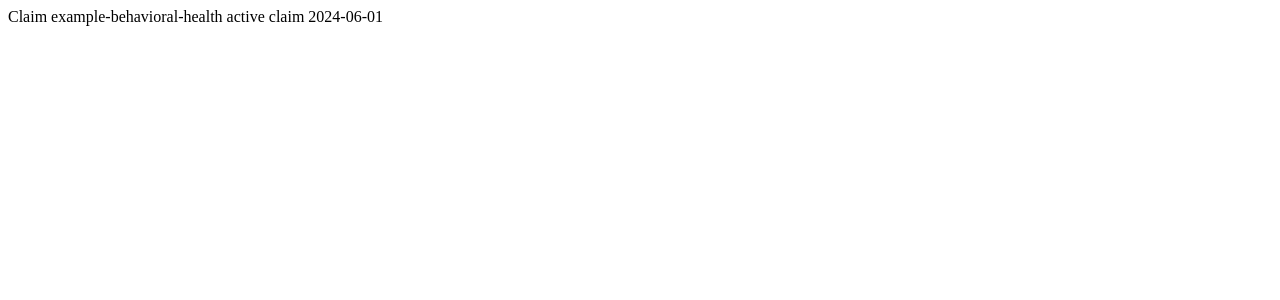
Repository: Laniz/Mapping-project
Page: http://localhost/Best Notes/public/index.php
These files come from the project's save history. The page is drawn as it stood at one moment and after the next save; the edit follows.
The browser window is 1280 px wide. The pictures show the whole page.
The page is run by PHP 8.4 with error messages shown; the project is at /var/www/html/.

Above is the page before, as saved 2025-06-30 22:58:51.

### Best Notes/public/index.php
<?php

require_once __DIR__ . '/../vendor/autoload.php';

use App\Mapping\PatientMapper;
use App\Mapping\EncounterMapper;
use App\Mapping\ClaimMapper;

// Initialize only the mappers you’re using
$patientMapper = new PatientMapper();
$encounterMapper = new EncounterMapper();
$claimMapper = new ClaimMapper();

// Create new XML document
$doc = new DOMDocument('1.0', 'UTF-8');
$doc->formatOutput = true;

// Input paths to actual FHIR data (not mapping files)
$inputPath1 = __DIR__ . '/../FHIR-Patient-Full.json';
$inputPath2 = __DIR__ . '/../Encounter-example.json';
$inputPath3 = __DIR__ . '/../FHIR-CLAIM.json';

// Load and decode FHIR JSON files
$data1 = json_decode(file_get_contents($inputPath1), true);
$data2 = json_decode(file_get_contents($inputPath2), true);
$data3 = json_decode(file_get_contents($inputPath3), true);

// Create root XML element
$root = $doc->createElement("AllMaps");

// Validate input files
// foreach (['Patient' => $data1, 'Encounter' => $data2, 'Claim' => $data3] as $type => $resource) {
//     if (!is_array($resource) || !isset($resource['resourceType'])) {
//         die("Invalid FHIR input for $type: missing or malformed 'resourceType'\n");
//     }
// }

// Map and append all resources using their mappers
// $root->appendChild($patientMapper->map($data1, $doc));
// $root->appendChild($encounterMapper->map($data2, $doc));
$root->appendChild($claimMapper->map($data3, $doc));

// Append and output final XML
$doc->appendChild($root);
echo $doc->saveXML();

### Best Notes/src/Mapping/PatientMapper.php
<?php

namespace App\Mapping;

use DOMDocument;
use DOMElement;

class PatientMapper extends BaseMapper
{
    public function __construct()
    {
        parent::__construct('patient_mapping.json');
    }

    protected function getRootElementName(): string
    {
        return 'Patient';
    }
}

### Best Notes/src/Mapping/BaseMapper.php
<?php

namespace App\Mapping; // Define the namespace where this class resides

use DOMDocument;  // Import PHP's DOMDocument class for building XML documents
use DOMElement;   // Import DOMElement for creating XML elements

/**
 * BaseMapper is an abstract class that provides common logic
 * for mapping FHIR JSON data to XML based on a JSON field mapping configuration.
 */
abstract class BaseMapper implements MapperInterface
{
    // Holds the key-value pairs from the mapping file (FHIR path → XML tag)
    protected array $mapping;

    /**
     * Constructor loads a mapping configuration file (e.g., patient_mapping.json).
     *
     * @param string $mappingFile The relative filename of the mapping JSON file
     */
    public function __construct(string $mappingFile)
    {
        // Construct the absolute path to the mapping file
        $mappingPath = __DIR__ . '/../../' . $mappingFile;

        // Load the JSON file content as a string
        $json = file_get_contents($mappingPath);

        // Decode the JSON string into an associative array
        $this->mapping = json_decode($json, true);
    }

    /**
     * Main mapping method required by the MapperInterface.
     * It generates an XML element using the mapping config and FHIR data.
     *
     * @param array $fhir The decoded FHIR resource as an array
     * @param DOMDocument $doc The DOMDocument to which new elements will belong
     * @return DOMElement The fully built XML element for this resource
     */
    public function map(array $fhir, DOMDocument $doc): DOMElement
    {
        // Create the root XML element (e.g., <Patient>, <Coverage>, etc.)
        $element = $doc->createElement($this->getRootElementName());

        // Loop through each mapping entry: FHIR path => XML tag
        foreach ($this->mapping as $fhirPath => $xmlTag) {
            // Extract the value from the FHIR array using the path
            $value = $this->extractValue($fhir, $fhirPath);

            // Only add the field if a value was found
            if (!is_null($value)) {
                // Create the child XML element and add it to the root
            $field = $doc->createElement("Field", htmlspecialchars($value ?? ''));
                $field->setAttribute("name", $fhirPath);  // Add original path as metadata
                $element->appendChild($field);

            }
        }

        // Return the finished XML element
        return $element;
    }

    /**
     * Subclasses must define the name of the root XML element (e.g., "Patient").
     *
     * @return string The XML tag name
     */
    abstract protected function getRootElementName(): string;

    /**
     * Recursively extract a value from a deeply nested FHIR array using a dotted path.
     *
     * @param array $data The full FHIR array
     * @param string $path A string path like "address[0].city"
     * @return mixed|null The extracted value or null if not found
     */
    protected function extractValue(array $data, string $path)
    {
        // Split the path on dots, ignoring dots inside brackets
        $segments = preg_split('/\.(?![^\[]*\])/', $path);

        // Walk through each segment to drill down into the array
        foreach ($segments as $segment) {
            // If the segment includes an index (e.g., "address[0]")
            if (preg_match('/(\w+)\[(\d+)\]/', $segment, $matches)) {
                $key = $matches[1];        // array name, e.g., "address"
                $index = (int) $matches[2]; // array index, e.g., 0

                // Check if the indexed item exists
                if (!isset($data[$key][$index])) {
                    return null;
                }

                // Move one level deeper
                $data = $data[$key][$index];
            } else {
                // Simple field access (e.g., "city")
                if (!isset($data[$segment])) {
                    return null;
                }

                // Move deeper into the structure
                $data = $data[$segment];
            }
        }

        // Return the value if it's a string or scalar, not an array
        return is_array($data) ? null : $data;
    }
}

### Best Notes/src/Mapping/MapperInterface.php
<?php

namespace App\Mapping;

use DOMDocument;
use DOMElement;

interface MapperInterface {
    public function map(array $fhirResource, DOMDocument $doc): DOMElement;
}

### Best Notes/patient_mapping.json
{
  "name[0].given[0]": "FirstName",
  "name[0].family": "LastName",
  "gender": "Gender",
  "birthDate": "BirthDate",
  "telecom[0].value": "HomePhone",
  "telecom[1].value": "Email",
  "address[0].line[0]": "Line1",
  "address[0].line[1]": "Line2",
  "address[0].city": "City",
  "address[0].state": "State",
  "address[0].postalCode": "Zipcode",
  "address[0].country": "Country",
  "maritalStatus.coding[0].code": "MaritalStatus",
  "communication[0].language.coding[0].code": "Language"
}

### Best Notes/src/Mapping/EncounterMapper.php
<?php

namespace App\Mapping;

use DOMDocument;
use DOMElement;

class EncounterMapper extends BaseMapper
{
    public function __construct()
    {
        parent::__construct('encounter_mapping.json');
    }

    protected function getRootElementName(): string
    {
        return 'Encounter';
    }
}

### Best Notes/encounter_mapping.json
{
  "status": "Status",
  "class.system": "ClassSystem",
  "class.code": "ClassCode",
  "class.display": "ClassDisplay",
  "type[0].coding[0].system": "TypeCodingSystem",
  "type[0].coding[1].code": "TypeCodingCode",
  "type[0].coding[2].display": "TypeCodingDisplay",
  "subject.reference": "SubjectReference",
  "participant[0].individual.reference": "participantIndividualReference",
  "period.start": "PeriodStart",
  "period.end": "PeriodEnd",
  "serviceProvider.reference": "ServiceProviderReference"
}

### Best Notes/src/Mapping/ClaimMapper.php
<?php

namespace App\Mapping;

use DOMDocument;
use DOMElement;

/**
 * ClaimMapper extends BaseMapper and uses claim_mapping.json
 * to convert FHIR Claim resources to XML.
 */
class ClaimMapper extends BaseMapper
{
    public function __construct()
    {
        // Tell the BaseMapper to load the claim mapping config
        parent::__construct('FHIR-CLAIM.json');
    }

    /**
     * Return the XML root tag for this resource
     */
    protected function getRootElementName(): string
    {
        return 'Claim';
    }
}

### Best Notes/FHIR-CLAIM.json
{
  "resourceType": "Claim",
  "id": "example-behavioral-health",
  "status": "active",
  "type": {
    "coding": [
      {
        "system": "http://terminology.hl7.org/CodeSystem/claim-type",
        "code": "professional",
        "display": "Professional"
      }
    ]
  },
  "use": "claim",
  "patient": {
    "reference": "Patient/example"
  },
  "created": "2024-06-01",
  "provider": {
    "reference": "Practitioner/example-behavioral-health"
  },
  "priority": {
    "coding": [
      {
        "system": "http://terminology.hl7.org/CodeSystem/processpriority",
        "code": "normal"
      }
    ]
  },
  "insurance": [
    {
      "sequence": 1,
      "focal": true,
      "coverage": {
        "reference": "Coverage/example"
      }
    }
  ],
  "diagnosis": [
    {
      "sequence": 1,
      "diagnosisCodeableConcept": {
        "coding": [
          {
            "system": "http://hl7.org/fhir/sid/icd-10",
            "code": "F32.1",
            "display": "Major depressive disorder, single episode, moderate"
          }
        ]
      }
    }
  ],
  "item": [
    {
      "sequence": 1,
      "careTeamSequence": [1],
      "diagnosisSequence": [1],
      "productOrService": {
        "coding": [
          {
            "system": "http://www.ama-assn.org/go/cpt",
            "code": "90834",
            "display": "Psychotherapy, 45 minutes with patient"
          }
        ]
      },
      "servicedDate": "2024-05-28",
      "unitPrice": {
        "value": 150.00,
        "currency": "USD"
      },
      "quantity": {
        "value": 1
      },
      "net": {
        "value": 150.00,
        "currency": "USD"
      },
      "locationCodeableConcept": {
        "coding": [
          {
            "system": "http://terminology.hl7.org/CodeSystem/service-place",
            "code": "11",
            "display": "Office"
          }
        ]
      }
    }
  ],
  "careTeam": [
    {
      "sequence": 1,
      "provider": {
        "reference": "Practitioner/example-behavioral-health"
      },
      "role": {
        "coding": [
          {
            "system": "http://terminology.hl7.org/CodeSystem/claim-careteamrole",
            "code": "primary",
            "display": "Primary provider"
          }
        ]
      }
    }
  ]
}

### Best Notes/FHIR-Patient-Full.json
{
  "resourceType": "Patient",
  "id": "example-full",
  "active": true,
  "identifier": [
    {
      "use": "usual",
      "type": {
        "coding": [
          {
            "system": "http://terminology.hl7.org/CodeSystem/v2-0203",
            "code": "MR",
            "display": "Medical Record Number"
          }
        ]
      },
      "system": "http://hospital.smarthealth.org",
      "value": "123456"
    },
    {
      "use": "official",
      "system": "http://hl7.org/fhir/sid/us-ssn",
      "value": "999-99-9999"
    }
  ],
  "name": [
    {
      "use": "official",
      "family": "Doe",
      "given": [
        "Jane",
        "Elizabeth"
      ],
      "prefix": [
        "Ms."
      ]
    }
  ],
  "telecom": [
    {
      "system": "phone",
      "value": "(555) 123-4567",
      "use": "home"
    },
    {
      "system": "email",
      "value": "jane.doe@example.com",
      "use": "work"
    }
  ],
  "gender": "female",
  "birthDate": "1985-04-12",
  "address": [
    {
      "use": "home",
      "line": [
        "123 Main St",
        "Apt 4B"
      ],
      "city": "Metropolis",
      "state": "NY",
      "postalCode": "10001",
      "country": "USA"
    }
  ],
  "maritalStatus": {
    "coding": [
      {
        "system": "http://terminology.hl7.org/CodeSystem/v3-MaritalStatus",
        "code": "M",
        "display": "Married"
      }
    ]
  },
  "communication": [
    {
      "language": {
        "coding": [
          {
            "system": "urn:ietf:bcp:47",
            "code": "en",
            "display": "English"
          }
        ]
      },
      "preferred": true
    }
  ],
  "contact": [
    {
      "relationship": [
        {
          "coding": [
            {
              "system": "http://terminology.hl7.org/CodeSystem/v2-0131",
              "code": "E",
              "display": "Emergency"
            }
          ]
        }
      ],
      "name": {
        "family": "Doe",
        "given": [
          "John"
        ]
      },
      "telecom": [
        {
          "system": "phone",
          "value": "(555) 987-6543",
          "use": "mobile"
        }
      ],
      "address": {
        "line": [
          "456 Oak St"
        ],
        "city": "Metropolis",
        "state": "NY",
        "postalCode": "10001",
        "country": "USA"
      },
      "gender": "male"
    }
  ],
  "managingOrganization": {
    "reference": "Organization/example"
  },
  "generalPractitioner": [
    {
      "reference": "Practitioner/example-behavioral-health"
    }
  ]
}

### Best Notes/Encounter-example.json
{
  "resourceType": "Encounter",
  "id": "example",
  "status": "finished",
  "class": {
    "system": "http://terminology.hl7.org/CodeSystem/v3-ActCode",
    "code": "AMB",
    "display": "ambulatory"
  },
  "type": [
    {
      "coding": [
        {
          "system": "http://snomed.info/sct",
          "code": "185349003",
          "display": "Outpatient visit"
        }
      ]
    }
  ],
  "subject": {
    "reference": "Patient/example"
  },
  "participant": [
    {
      "individual": {
        "reference": "Practitioner/example-behavioral-health"
      }
    }
  ],
  "period": {
    "start": "2024-05-28T09:00:00-04:00",
    "end": "2024-05-28T09:45:00-04:00"
  },
  "serviceProvider": {
    "reference": "Organization/example"
  }
}

After the next save:
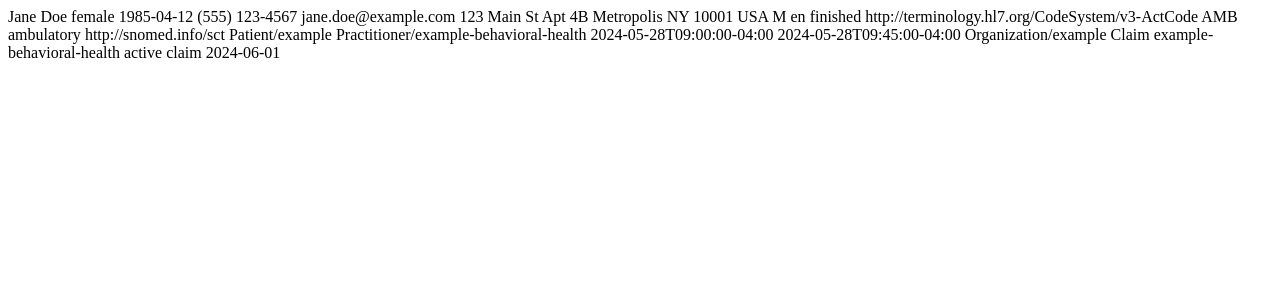
Saved 4 s later.
--- a/Best Notes/public/index.php
+++ b/Best Notes/public/index.php
@@ -36,8 +36,8 @@
 // }
 
 // Map and append all resources using their mappers
-// $root->appendChild($patientMapper->map($data1, $doc));
-// $root->appendChild($encounterMapper->map($data2, $doc));
+$root->appendChild($patientMapper->map($data1, $doc));
+$root->appendChild($encounterMapper->map($data2, $doc));
 $root->appendChild($claimMapper->map($data3, $doc));
 
 // Append and output final XML

After the 4 saves that followed:
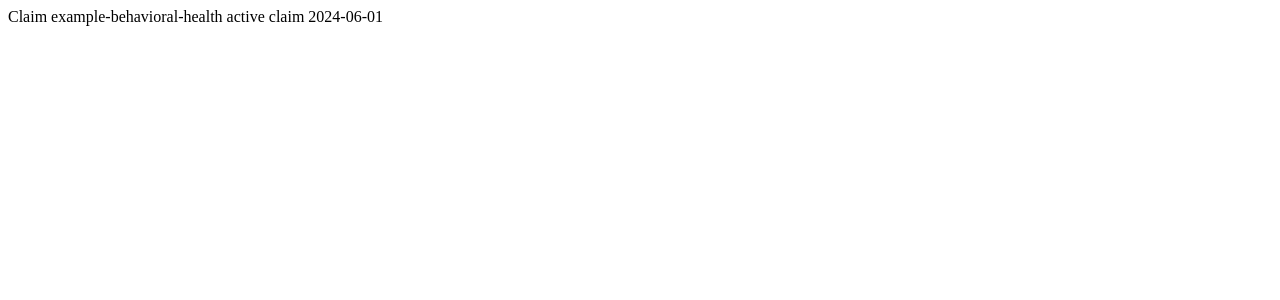
The 4 saves are shown as one change because they came seconds apart.
The last was saved 3 min 52 s later.
--- a/Best Notes/public/index.php
+++ b/Best Notes/public/index.php
@@ -16,13 +16,13 @@
 $doc->formatOutput = true;
 
 // Input paths to actual FHIR data (not mapping files)
-$inputPath1 = __DIR__ . '/../FHIR-Patient-Full.json';
-$inputPath2 = __DIR__ . '/../Encounter-example.json';
+// $inputPath1 = __DIR__ . '/../FHIR-Patient-Full.json';
+// $inputPath2 = __DIR__ . '/../Encounter-example.json';
 $inputPath3 = __DIR__ . '/../FHIR-CLAIM.json';
 
 // Load and decode FHIR JSON files
-$data1 = json_decode(file_get_contents($inputPath1), true);
-$data2 = json_decode(file_get_contents($inputPath2), true);
+// $data1 = json_decode(file_get_contents($inputPath1), true);
+// $data2 = json_decode(file_get_contents($inputPath2), true);
 $data3 = json_decode(file_get_contents($inputPath3), true);
 
 // Create root XML element
@@ -36,8 +36,8 @@
 // }
 
 // Map and append all resources using their mappers
-$root->appendChild($patientMapper->map($data1, $doc));
-$root->appendChild($encounterMapper->map($data2, $doc));
+// $root->appendChild($patientMapper->map($data1, $doc));
+// $root->appendChild($encounterMapper->map($data2, $doc));
 $root->appendChild($claimMapper->map($data3, $doc));
 
 // Append and output final XML
